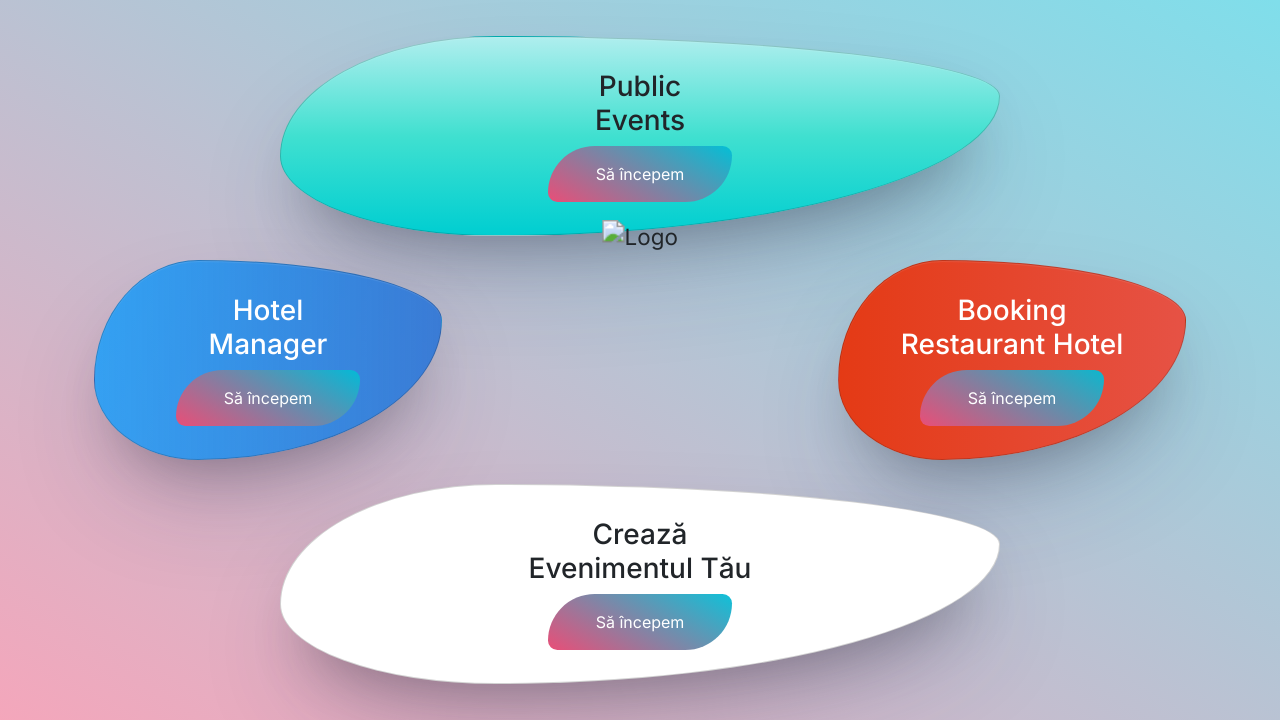
Repository: cosmin05072018/fantastic-events-manager
Page: http://localhost/
These files come from the project's save history. The page is drawn as it stood at one moment and after the next save; the edit follows.
The browser window is 1280 px wide. The pictures show the whole page.
The page is served by the project's Laravel application, run on PHP 8.4 with Laravel 10.

Above is the page before, as saved 2024-11-03 15:06:36.
Console error: ReferenceError: particlesJS is not defined

After the next save:
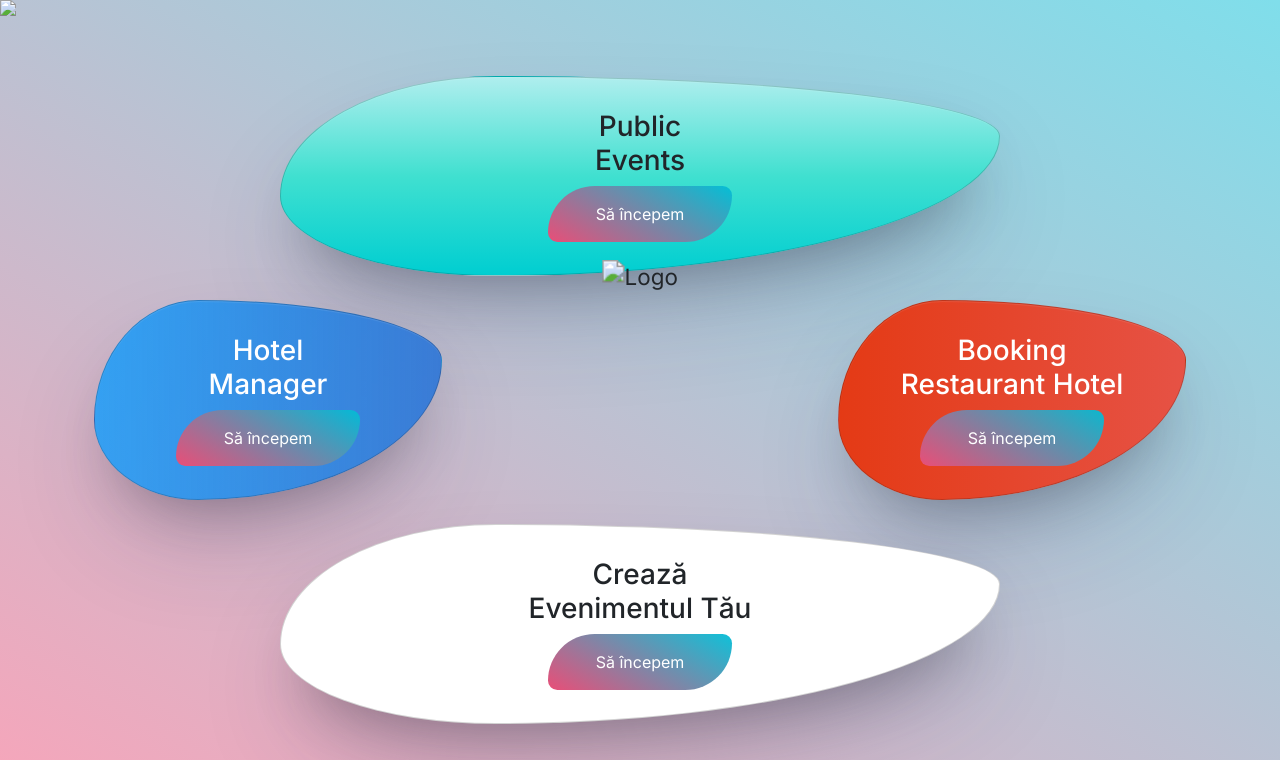
Saved 12 min 5 s later.
--- a/resources/views/startApp.blade.php
+++ b/resources/views/startApp.blade.php
@@ -837,6 +837,9 @@
 </head>
 
 <body>
+    <div id="loader">
+        <img src="....">
+    </div>
     <!--
     <div
         class="relative sm:flex sm:justify-center sm:items-center min-h-screen bg-dots-darker bg-center bg-gray-100 dark:bg-dots-lighter dark:bg-gray-900 selection:bg-red-500 selection:text-white">
